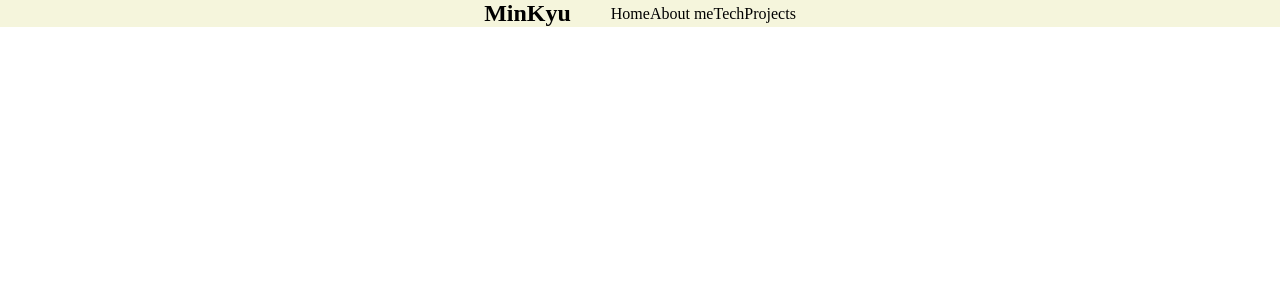
Repository: alsrb0504/portfolio-blog
Page: /
The author's editor kept a copy of each file at every save. The page is drawn from the files as they stood at one save, then again after the next save.
The browser window is 1280 px wide. The pictures show the whole page.
The project was rebuilt for these pictures with package versions that can differ from the ones it lists, and the page was loaded fresh each time. Also part of the build but not shown: src/app.module.css.

Above is the page before, as saved 2021-07-12 15:43:44.

After the next save:
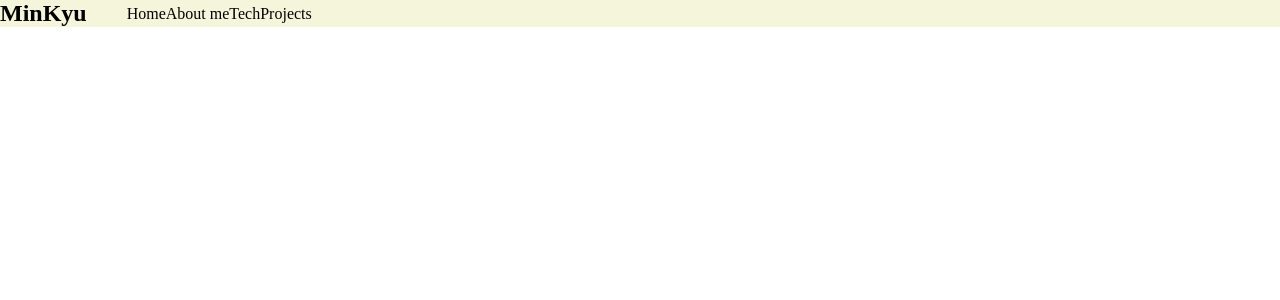
Saved 54 s later.
--- a/src/components/header/header.module.css
+++ b/src/components/header/header.module.css
@@ -2,7 +2,7 @@
   background-color: beige;
   width: 100%;
   display: flex;
-  justify-content: center;
+  /* justify-content: center; */
   align-items: center;
 }
 
